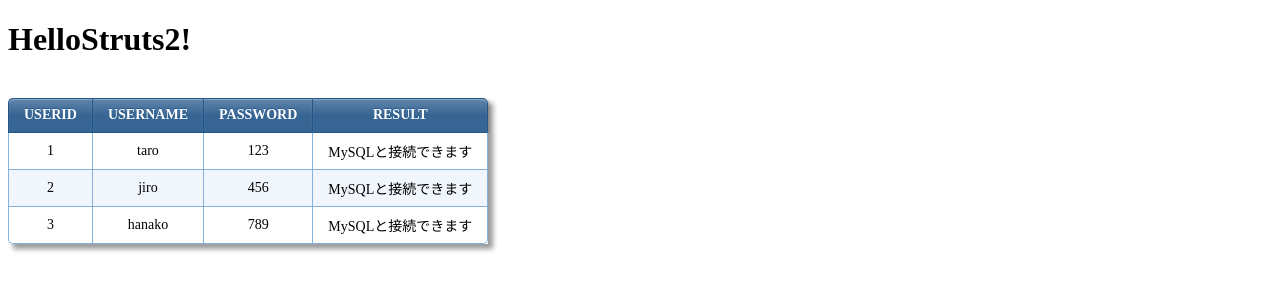
Repository: Numanaka/test
Page: http://localhost/WebProj5/HelloStrutsAction.action
An editor plug-in stored every save of this project. The page is shown before and after the next save, followed by the edit.
The browser window is 1280 px wide. The pictures show the whole page.
The page is served by Tomcat 9. Other server files are loaded and not shown. The database holds what the project's SQL file puts in it.

Above is the page before, as saved 2019-07-02 07:52:37.

### WebProj5/WebContent/hello.jsp
<%@ page language="java" contentType="text/html; charset=UTF-8"
    pageEncoding="UTF-8"%>
<%@ taglib prefix="s" uri="/struts-tags" %>
<!DOCTYPE html>
<html>
<head>
<meta charset="utf-8">
<title>HelloStruts</title>
<link rel="stylesheet" type="text/css" href="./css/style.css">

</head>
<body>

<h1>HelloStruts2!</h1>
<br>
<table>
<tbody>
	<tr>
		<th>USERID</th>
		<th>USERNAME</th>
		<th>PASSWORD</th>
		<th>RESULT</th>
	</tr>
	<s:iterator value="#session.helloStrutsDTOList">
	<tr>
		<td><s:property value="userId"/></td>
		<td><s:property value="userName"/></td>
		<td><s:property value="password"/></td>
		<td><s:property value="result"/></td>
	</tr>
	</s:iterator>


</tbody>
</table>


</body>
</html>

### WebProj5/src/com/internousdev/webproj5/dao/HelloStrutsDAO.java
package com.internousdev.webproj5.dao;

import java.sql.Connection;
import java.sql.PreparedStatement;
import java.sql.ResultSet;
import java.sql.SQLException;
import java.util.ArrayList;
import java.util.List;

import com.internousdev.webproj5.dto.HelloStrutsDTO;
import com.internousdev.webproj5.util.DBConnector;

public class HelloStrutsDAO {
	List<HelloStrutsDTO> helloStrutsDTOList=new ArrayList<HelloStrutsDTO>();

	public List<HelloStrutsDTO> select(){
		DBConnector db=new DBConnector();
		Connection con=db.getConnection();

		String sql="select * from users";

		try{
			PreparedStatement ps=con.prepareStatement(sql);
			ResultSet rs=ps.executeQuery();

			while(rs.next()){
				HelloStrutsDTO dto=new HelloStrutsDTO();
				dto.setUserId(rs.getInt("user_id"));
				dto.setUserName(rs.getString("user_name"));
				dto.setPassword(rs.getString("password"));
				dto.setResult("MySQLと接続できます");
				helloStrutsDTOList.add(dto);

			}
		}catch(SQLException e){
			e.printStackTrace();
		}
		try{
			con.close();
		}catch(SQLException e){
			e.printStackTrace();
		}
		return helloStrutsDTOList;
	}
}

### WebProj5/src/com/internousdev/webproj5/util/DBConnector.java
package com.internousdev.webproj5.util;

import java.sql.Connection;
import java.sql.DriverManager;
import java.sql.SQLException;

public class DBConnector {
	private static String driverName="com.mysql.jdbc.Driver";//ドライバー名
	private static String url="jdbc:mysql://localhost/testnmdb";//接続URL
	private static String user="root";//ユーザー名
	private static String password="mysql";//パスワード

	public Connection getConnection(){
		Connection con=null;
		try{
			Class.forName(driverName);
			con=DriverManager.getConnection(url,user,password);

		}catch(ClassNotFoundException e){
			e.printStackTrace();
		}catch(SQLException e){
			e.printStackTrace();
		}
		return con;
	}


}

### WebProj5/src/com/internousdev/webproj5/dto/HelloStrutsDTO.java
package com.internousdev.webproj5.dto;

public class HelloStrutsDTO {

	private int userId;
	private String userName;
	private String password;
	private String result;

	public int getUserId(){
		return userId;
	}

	public void setUserId(int userId){
		this.userId=userId;
	}

	public String getUserName(){
		return userName;
	}
	public void setUserName(String userName){
		this.userName=userName;
	}

	public String getPassword(){
		return password;
	}

	public void setPassword(String password){
		this.password=password;
	}

	public String getResult(){
		return result;
	}
	public void setResult(String result){
		this.result=result;
	}

}

### WebProj5/WebContent/css/style.css
table{
	width: auto;
	border-spacing: 0;
	font-size: 14px;
}

table th{
	color: #fff;
	padding: 8px 15px;
	background: #258;
	background: -moz-linear-gradient(rgba(34,85,136,0.7), rgba(34,85,136,0.9) 50%);
	background: -webkit-gradient(linear,100% 0%,100% 50%, from(rgba(34,85,136,0.7)),to(rgba(34,85,136,0.9)));
	font-weight: bold;
	border-left: 1px solid #258;
	border-top: 1px solid #258;
	border-bottom: 1px solid #258;
	line-height: 120%;
	text-align: center;
	text-shadow: 0px -1px 0 rgba(34,85,136,0.9);
	box-shadow: 0px 1px 1px rgba(255,255,255,0.3) inset;
}

table th:first-child{
	border-radius:5px 0 0 0;
}

table th:last-child{
	border-radius: 0 5px 0 0;
	border-right: 1px solid #258;
	box-shadow: 2px 0px 1px rgba(0,0,0,0.1), 0px 1px 1px rgba(255,255,255,0.3) inset;

}

table tr td{
	padding: 8px 15px;
	border-bottom: 1px solid #84b2e0;
	border-left: 1px solid #84b2e0;
	text-align: center;
}

table tr td:last-child{
	border-right: 1px solid #84b2e0;
	box-shadow: 0px 0px 0px rgba(0,0,0,0.1);
}
table tr{
	background: #fff;
}

table tr:nth-child(2n+1){
	background: #f1f6fc;

}

table tr:last-child td{
	box-shadow: 0px 0px 0px rgba(0,0,0,0.8);
}

table tr:last-child td:first-child{
	border-radius: 0 0 0 5px;
}

table tr:last-child td:last-child{
	border-radius: 0 0 5px 0;
}

table tr:hover{
	background: #bbd4ee;
	cursor: pointer;
}

table{
	box-shadow: 5px 5px 5px rgba(0,0,0,0.4);
}

### WebProj5/sql/testnmdb.sql (the tables this page reads)
create table users(
user_id int primary key auto_increment,
user_name varchar(255),
password varchar(255)
);

insert into users values(1,"taro","123");

insert into users values(2,"jiro","456");

insert into users values(3,"hanako","789");

After the next save:
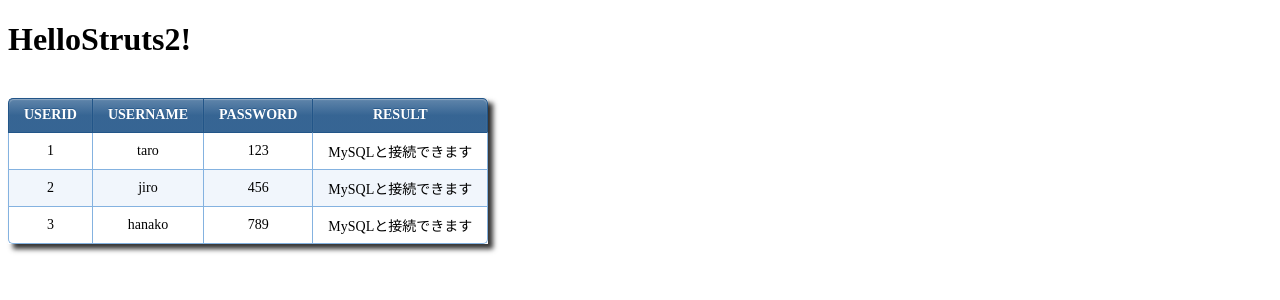
Saved 15 s later.
--- a/WebProj5/WebContent/css/style.css
+++ b/WebProj5/WebContent/css/style.css
@@ -69,5 +69,5 @@ table tr:hover{
 }
 
 table{
-	box-shadow: 5px 5px 5px rgba(0,0,0,0.4);
+	box-shadow: 5px 5px 5px rgba(0,0,0,0.8);
 }
